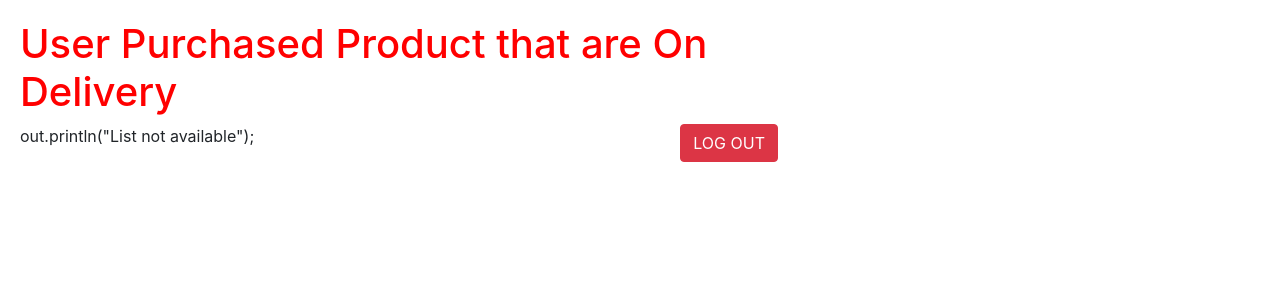
Repository: piyushj81/ComputerShop
Page: http://localhost/computershop/shopproductcontroller
These files come from the project's save history. The page is drawn as it stood at one moment and after the next save; the edit follows.
The browser window is 1280 px wide. The pictures show the whole page.
The page is served by Tomcat 9. Other server files are loaded and not shown. Queries for data that is not in the repository find no rows.

Above is the page before, as saved 2021-10-15 10:09:33.

### computershop/WebContent/usershoppingdetails.jsp
<%@page import="com.shop.dto.Admin"%>
<%@page import="java.sql.DriverManager"%>
<%@page import="java.sql.Connection"%>
<%@page import="java.sql.PreparedStatement"%>
<%@page import="java.sql.ResultSet"%>
<%@page import="com.shop.dto.Customer"%>
<%@page import="com.shop.dto.Cart"%>
<%@page import="java.util.ArrayList"%>
<%@ page language="java" contentType="text/html; charset=ISO-8859-1"
    pageEncoding="ISO-8859-1"%>
<!DOCTYPE html>
<html>
<head>
<meta charset="ISO-8859-1">

<link rel="stylesheet" href="computershop.css">
<link rel="stylesheet"
	href="https://cdnjs.cloudflare.com/ajax/libs/font-awesome/4.7.0/css/font-awesome.min.css">
<link rel="stylesheet"
	href="https://cdn.jsdelivr.net/npm/bootstrap@4.5.3/dist/css/bootstrap.min.css"
	integrity="sha384-TX8t27EcRE3e/ihU7zmQxVncDAy5uIKz4rEkgIXeMed4M0jlfIDPvg6uqKI2xXr2"
	crossorigin="anonymous">
<script src="https://code.jquery.com/jquery-3.5.1.slim.min.js"
	integrity="sha384-DfXdz2htPH0lsSSs5nCTpuj/zy4C+OGpamoFVy38MVBnE+IbbVYUew+OrCXaRkfj"
	crossorigin="anonymous"></script>
<script
	src="https://cdn.jsdelivr.net/npm/bootstrap@4.5.3/dist/js/bootstrap.bundle.min.js"
	integrity="sha384-ho+j7jyWK8fNQe+A12Hb8AhRq26LrZ/JpcUGGOn+Y7RsweNrtN/tE3MoK7ZeZDyx"
	crossorigin="anonymous"></script>

<title>Shopping Details</title>
</head>
<body>
<h1 style="color:red;" >User Purchased Product that are On Delivery</h1>

<a href="LogoutController" ><button class="btn btn-danger" type="button"  style= "float: right; margin-right:2px;"   > LOG OUT</button></a>


<%
ArrayList<Admin> list2 = (ArrayList<Admin>) request.getAttribute("LIST");

		if (!(list2 != null) || !(list2.isEmpty())) {



		%>
			<table style="width:175%;text-align:center; color:yellow;"    class="table table-hover table-dark "   >
	<tr>
		<th>Product ID</th>
		<th>Phone</th>
		<th>Customer Name </th>
		<th>Pic</th>
		<th>Product Name</th>
		<th>Model</th>
		<th>Price</th>
		<th>Address</th>
		<th>City</th>

		<th>State</th>

	</tr>
	<%
	for (Admin a : list2 ) {
	%>

	<tr>

		<td><%=a.getId() %></td>
		<td><%=a.getPhone() %></td>
		<td><%=a.getCname() %></td>
		<td> <img alt="" src="<%=a.getPic() %>" style ="max-height:50%; max-width:70%"> </td>
		<td><%=a.getPname() %></td>
		<td><%=a.getModel() %></td>
		<td><%=a.getPrice()  %></td>
		<td><%=a.getAddress() %></td>
		<td><%=a.getCity() %></td>

		<td><%=a.getState()%></td>

</tr>

<%}	%>

</table>



	<%
}else {  %>
out.println("List not available");





<% }%>


</body>
</html>

### computershop/src/com/computershop/controller/shopproductcontroller.java
package com.computershop.controller;

import java.io.IOException;
import java.util.ArrayList;

import javax.servlet.RequestDispatcher;
import javax.servlet.ServletException;
import javax.servlet.annotation.WebServlet;
import javax.servlet.http.HttpServlet;
import javax.servlet.http.HttpServletRequest;
import javax.servlet.http.HttpServletResponse;

import com.shop.dto.Admin;

import com.shop.modeldao.CustomerModel;
@WebServlet("/shopproductcontroller")
public class shopproductcontroller extends HttpServlet {
	private static final long serialVersionUID = 1L;
	protected void doGet(HttpServletRequest request, HttpServletResponse response) throws ServletException, IOException {
		CustomerModel model = new CustomerModel();

		ArrayList<Admin> list  =	model.getshoppingDetails();
		RequestDispatcher rd = request.getRequestDispatcher("usershoppingdetails.jsp");
			request.setAttribute("LIST", list);
			rd.forward(request, response);


	}

	protected void doPost(HttpServletRequest request, HttpServletResponse response) throws ServletException, IOException {



	}

}

### computershop/src/com/shop/modeldao/CustomerModel.java
package com.shop.modeldao;

import java.sql.Connection;
import java.sql.DriverManager;
import java.sql.PreparedStatement;
import java.sql.ResultSet;
import java.util.ArrayList;

import com.shop.dto.Admin;
import com.shop.dto.Cart;
import com.shop.dto.Customer;
import com.shop.dto.Form;
import com.shop.dto.Product;
import com.shop.dto.Shop;

public class CustomerModel {
	public static Connection createConnection() {
		Connection con = null;

		try {

			Class.forName("com.mysql.jdbc.Driver");
			con = DriverManager.getConnection("jdbc:mysql://localhost:3306/shop", "root", "root");

		} catch (Exception e) {
			e.printStackTrace();

		}

		return con;

	}

	public int checkCustomerlogin(String user, String password) {
		Connection con = null;
		int i = 0;
		try {
			con = createConnection();
			PreparedStatement ps = con.prepareStatement("select * from customerlogin where username=? and password=?");
			ps.setString(1, user);
			ps.setString(2, password);
			ResultSet rs = ps.executeQuery();
			if (rs.next()) {
				i = 1;
			}
		} catch (Exception e) {
			e.printStackTrace();
		}
		return i;

	}

	public int admitCustomer(Customer cst) {
		int i = 0;
		Connection con = null;
		try {
			con = createConnection();
			PreparedStatement ps = con.prepareStatement("insert into customerlogin values(?, ?, ?)");
			ps.setString(1, cst.getPhone());
			ps.setString(2, cst.getName());
			ps.setString(3, cst.getPassword());
			i = ps.executeUpdate();

		} catch (Exception e) {
			e.printStackTrace();

		}

		return i;
	}

	public int checkadminlogin(String adminusername, String pwd) {
		int i = 0;
		Connection con = null;

		try {
			con = createConnection();
			PreparedStatement ps = con
					.prepareStatement("select * from adminlogin where adminusername=? and password=?");
			ps.setString(1, adminusername);
			ps.setString(2, pwd);
			ResultSet rs = ps.executeQuery();
			if (rs.next()) {
				i = 1;
			}
		} catch (Exception e) {
			e.printStackTrace();
		}

		return i;
	}

	public ArrayList<Product> getmouseDetails() {
		ArrayList<Product> list = new ArrayList<Product>();
		try {
			Connection con = createConnection();
			PreparedStatement ps = con.prepareStatement("select * from mouse");
			ResultSet rs = ps.executeQuery();
			while (rs.next()) {
				Product pt = new Product(rs.getString("id"), rs.getString("pname"), rs.getInt("model"),
						rs.getString("price"), rs.getString("pic"));
				list.add(pt);

			}

		} catch (Exception e) {
			e.printStackTrace();
		}

		return list;
	}

	public Product selectdatafrommouseincart(String id, String phone) {
		Product pt = null;
		Connection con = null;

		try {
			con = createConnection();

			PreparedStatement ps = con.prepareStatement("select * from mouse where id=?");
			ps.setString(1, id);

			ResultSet rs = ps.executeQuery();
			if (rs.next()) {
				pt = new Product(rs.getString("id"), rs.getString("pname"), rs.getInt("model"), rs.getString("price"),
						rs.getString("pic"));

			}
		} catch (Exception e) {
			e.printStackTrace();

		}
		return pt;
	}

	public int insertproductdata(Product pt, String id, String phone) {

		int i = 0;
		Connection con = null;
		try {
			con = createConnection();
			PreparedStatement ps = con.prepareStatement("insert into cart values(?,?,?,?,?,?)");
			ps.setString(1, phone);
			ps.setString(2, id);
			ps.setString(3, pt.getPname());
			ps.setInt(4, pt.getModel());
			ps.setString(5, pt.getPrice());
			ps.setString(6, pt.getPic());
			i = ps.executeUpdate();

		} catch (Exception e) {
			e.printStackTrace();

		}

		return i;
	}

	public ArrayList<Product> getusercartdetail(String phone) {
		Product pt = null;
		ArrayList<Product> list1 = new ArrayList<Product>();
		Connection con = null;
		try {
			con = createConnection();
			PreparedStatement ps = con.prepareStatement("select * from cart where phone=?");
			ps.setString(1, phone);
			ResultSet rs = ps.executeQuery();
			while (rs.next()) {

				pt = new Product(rs.getString("id"), rs.getString("pname"), rs.getInt("model"), rs.getString("price"),
						rs.getString("pic"));

				list1.add(pt);
			}

		} catch (Exception e) {
			e.printStackTrace();

		}
		return list1;
	}

	public int deleteitem(String id) {
		Connection con = null;
		int i = 0;
		try {
			con = createConnection();
			PreparedStatement ps = con.prepareStatement("delete  from cart where id=?");
			ps.setString(1, id);
			i = ps.executeUpdate();

		} catch (Exception e) {
			e.printStackTrace();
		}
		return i;
	}

	public ArrayList<Product> getusercartdetails(String phone) {
		Product pt = null;
		ArrayList<Product> list1 = new ArrayList<Product>();
		Connection con = null;
		try {
			con = createConnection();
			PreparedStatement ps = con.prepareStatement("select * from cart where phone=?");
			ps.setString(1, phone);
			ResultSet rs = ps.executeQuery();
			while (rs.next()) {

				pt = new Product(rs.getString("id"), rs.getString("pname"), rs.getInt("model"), rs.getString("price"),
						rs.getString("pic"));

				list1.add(pt);
			}

		} catch (Exception e) {
			e.printStackTrace();

		}
		return list1;
	}

	public ArrayList<Product> getmotherboardDetails() {
		ArrayList<Product> list = new ArrayList<Product>();
		try {
			Connection con = createConnection();
			PreparedStatement ps = con.prepareStatement("select * from motherboard");
			ResultSet rs = ps.executeQuery();
			while (rs.next()) {
				Product pt = new Product(rs.getString("id"), rs.getString("pname"), rs.getInt("model"),
						rs.getString("price"), rs.getString("pic"));
				list.add(pt);

			}

		} catch (Exception e) {
			e.printStackTrace();
		}

		return list;
	}

	public Product selectdatafrommotherboardincart(String id, String phone) {
		Product pt = null;
		Connection con = null;

		try {
			con = createConnection();

			PreparedStatement ps = con.prepareStatement("select * from motherboard where id=?");
			ps.setString(1, id);

			ResultSet rs = ps.executeQuery();
			if (rs.next()) {
				pt = new Product(rs.getString("id"), rs.getString("pname"), rs.getInt("model"), rs.getString("price"),
						rs.getString("pic"));

			}
		} catch (Exception e) {
			e.printStackTrace();

		}
		return pt;
	}

	public ArrayList<Product> getcpuDetails() {
		ArrayList<Product> list = new ArrayList<Product>();
		try {
			Connection con = createConnection();
			PreparedStatement ps = con.prepareStatement("select * from cpu");
			ResultSet rs = ps.executeQuery();
			while (rs.next()) {
				Product pt = new Product(rs.getString("id"), rs.getString("pname"), rs.getInt("model"),
						rs.getString("price"), rs.getString("pic"));
				list.add(pt);

			}

		} catch (Exception e) {
			e.printStackTrace();
		}

		return list;
	}

	public Product selectdatafromcpuincart(String id, String phone) {
		Product pt = null;
		Connection con = null;

		try {
			con = createConnection();

			PreparedStatement ps = con.prepareStatement("select * from cpu where id=?");
			ps.setString(1, id);

			ResultSet rs = ps.executeQuery();
			if (rs.next()) {
				pt = new Product(rs.getString("id"), rs.getString("pname"), rs.getInt("model"), rs.getString("price"),
						rs.getString("pic"));

			}
		} catch (Exception e) {
			e.printStackTrace();

		}
		return pt;
	}

	public ArrayList<Product> getmonitorDetails() {
		ArrayList<Product> list = new ArrayList<Product>();
		try {
			Connection con = createConnection();
			PreparedStatement ps = con.prepareStatement("select * from monitor");
			ResultSet rs = ps.executeQuery();
			while (rs.next()) {
				Product pt = new Product(rs.getString("id"), rs.getString("pname"), rs.getInt("model"),
						rs.getString("price"), rs.getString("pic"));
				list.add(pt);

			}

		} catch (Exception e) {
			e.printStackTrace();
		}

		return list;
	}

	public Product selectdatafrommonitorincart(String id, String phone) {
		Product pt = null;
		Connection con = null;

		try {
			con = createConnection();

			PreparedStatement ps = con.prepareStatement("select * from monitor where id=?");
			ps.setString(1, id);

			ResultSet rs = ps.executeQuery();
			if (rs.next()) {
				pt = new Product(rs.getString("id"), rs.getString("pname"), rs.getInt("model"), rs.getString("price"),
						rs.getString("pic"));

			}
		} catch (Exception e) {
			e.printStackTrace();

		}
		return pt;


	}

	public ArrayList<Product> getfanDetails() {
		ArrayList<Product> list = new ArrayList<Product>();
		try {
			Connection con = createConnection();
			PreparedStatement ps = con.prepareStatement("select * from fan");
			ResultSet rs = ps.executeQuery();
			while (rs.next()) {
				Product pt = new Product(rs.getString("id"), rs.getString("pname"), rs.getInt("model"),
						rs.getString("price"), rs.getString("pic"));
				list.add(pt);

			}

		} catch (Exception e) {
			e.printStackTrace();
		}

		return list;
	}

	public Product selectdatafromfanincart(String id, String phone) {
		Product pt = null;
		Connection con = null;

		try {
			con = createConnection();

			PreparedStatement ps = con.prepareStatement("select * from fan where id=?");
			ps.setString(1, id);

			ResultSet rs = ps.executeQuery();
			if (rs.next()) {
				pt = new Product(rs.getString("id"), rs.getString("pname"), rs.getInt("model"), rs.getString("price"),
						rs.getString("pic"));

			}
		} catch (Exception e) {
			e.printStackTrace();

		}
		return pt;




	}

	public ArrayList<Product> getramDetails() {
		ArrayList<Product> list = new ArrayList<Product>();
		try {
			Connection con = createConnection();
			PreparedStatement ps = con.prepareStatement("select * from ram");
			ResultSet rs = ps.executeQuery();
			while (rs.next()) {
				Product pt = new Product(rs.getString("id"), rs.getString("pname"), rs.getInt("model"),
						rs.getString("price"), rs.getString("pic"));
				list.add(pt);

			}

		} catch (Exception e) {
			e.printStackTrace();
		}

		return list;
	}

	public Product selectdatafromramincart(String id, String phone) {
		Product pt = null;
		Connection con = null;

		try {
			con = createConnection();

			PreparedStatement ps = con.prepareStatement("select * from ram where id=?");
			ps.setString(1, id);

			ResultSet rs = ps.executeQuery();
			if (rs.next()) {
				pt = new Product(rs.getString("id"), rs.getString("pname"), rs.getInt("model"), rs.getString("price"),
						rs.getString("pic"));

			}
		} catch (Exception e) {
			e.printStackTrace();

		}
		return pt;





			}

	public ArrayList<Product> getkeyboardDetails() {
		ArrayList<Product> list = new ArrayList<Product>();
		try {
			Connection con = createConnection();
			PreparedStatement ps = con.prepareStatement("select * from keyboard");
			ResultSet rs = ps.executeQuery();
			while (rs.next()) {
				Product pt = new Product(rs.getString("id"), rs.getString("pname"), rs.getInt("model"),
						rs.getString("price"), rs.getString("pic"));
				list.add(pt);

			}

		} catch (Exception e) {
			e.printStackTrace();
		}

		return list;
	}

	public Product selectdatafromkeyboardincart(String id, String phone) {
		Product pt = null;
		Connection con = null;

		try {
			con = createConnection();

			PreparedStatement ps = con.prepareStatement("select * from keyboard where id=?");
			ps.setString(1, id);

			ResultSet rs = ps.executeQuery();
			if (rs.next()) {
				pt = new Product(rs.getString("id"), rs.getString("pname"), rs.getInt("model"), rs.getString("price"),
						rs.getString("pic"));

			}
		} catch (Exception e) {
			e.printStackTrace();

		}
		return pt;

	}

	public ArrayList<Cart> showcartitemtoadmin() {

	 ArrayList<Cart> list2 = new ArrayList<Cart>();
	 try {
	  Connection con = createConnection();

	 PreparedStatement ps = con.prepareStatement("select * from cart");

	 ResultSet rs = ps.executeQuery();
		while (rs.next()) {
			Cart ct = new Cart(rs.getString("phone"),rs.getString("id"), rs.getString("pname"),rs.getInt("model"), rs.getString("price"),rs.getString("pic"));
			list2.add(ct);
		}
	 }catch(Exception e){
			e.printStackTrace();

		}


	return list2;

	}

	public int insertshoppingDetails(String id, String cname,Shop s) {
		int i=0;
		Connection con = null;
		try {
			con = createConnection();
			PreparedStatement ps =	con.prepareStatement("insert into shopping values(?,?,?,?,?,?,?,?,?,?,?)");
			ps.setString(1, id);
			ps.setString(2, s.getPhone());
			ps.setString(3, cname);
			ps.setString(4, s.getPic());
			ps.setString(5, s.getPname());
			ps.setInt(6, s.getModel());

			ps.setString(7, s.getPrice());
			ps.setString(8, null);
			ps.setString(9, null);
			ps.setString(10,null);

			ps.setString(11,null);

			i = ps.executeUpdate();

		} catch (Exception e) {
			e.printStackTrace();

	}
		return i;
	}

	public Shop selectshoppingDetailsfromcarttable(String id,String cname) {
		 Shop s = null;
		 Connection con = null;

		try {
			   con = createConnection();

			 PreparedStatement ps = con.prepareStatement("select * from cart where id=?");
			ps.setString(1, id);
			 ResultSet rs = ps.executeQuery();
				while (rs.next()) {
					s  = new Shop(rs.getString("id"),rs.getString("phone"), rs.getString("pname"),rs.getInt("model"), rs.getString("price"),rs.getString("pic"));

				}



			 }catch(Exception e){
					e.printStackTrace();

				}

			return s;
				}

	public int updatedetailsinshopping(Form f) {

		int i = 0;
		Connection con = null;
		try {
			con = createConnection();
			PreparedStatement ps = con.prepareStatement("update shopping set address=?, city=?,pincode=? ,state=?  where phone=?");
			ps.setString(1, f.getAddress());

			ps.setString(2, f.getCity());
			ps.setString(3, f.getPincode());
			ps.setString(4, f.getState());
			ps.setString(5, f.getPhone());
			i = ps.executeUpdate();





		} catch (Exception e) {
			e.printStackTrace();

		}
		return i;
	}

	public ArrayList<Admin> getshoppingDetails() {

		ArrayList<Admin> list = new ArrayList<Admin>();
		Connection con = null;

		try {
			con = createConnection();
			PreparedStatement ps = con.prepareStatement("select * from shopping");

			ResultSet rs = ps.executeQuery();

			while(rs.next())	{
				Admin a = new Admin(rs.getString("id"),rs.getString("phone"),rs.getString("cname"),rs.getString("pic"),rs.getString("pname"),rs.getInt("model"),rs.getString("price"),rs.getString("address"),rs.getString("city"),rs.getString("pincode"),rs.getString("state"));
				list.add(a);

			}
		}catch (Exception e) {

			e.printStackTrace();

		}


		return list;
}

}

### computershop/WebContent/computershop.css
.left{
    margin: -21px auto;
    margin-left: -20px;
    padding: 9px;
    background-color: black;
    width: 178%;
}
.left a{
    text-decoration: none;
    color: white;
}
.left a:hover{
    background-color: red;
    text-decoration: none;
    color: white;
}
.left button{
    width: 9%;
}
.left button:hover{
    background-color: yellow;


}
.leftright{
    float: right;
}
.mid{
    text-decoration: none;
    height: 99px;
    background-color:black;
    display: block;
    width: 178%;
    margin: 22px auto;
    margin-left: -20px;
    top:20px;
    padding: 20px;
}
.right{
    position: absolute;

    right: 60px;
    top: 42%;
    display: inline-block;
    padding: 23px;
    width: 85%;
    height: 50%;
}
.navbar{
display: inline-block;
}
.navbar li{
    display: inline-block;
    font-size: 17px;

}
.navbar li a{
color:white;
text-decoration: none;
padding: 27px;
}
.navbar li a:hover{
    background-color:red;
    text-decoration: none;
    width:70px;
    }

.peripheral{
    color:red;

    width: 167%;

}
.image {
    height: 120%;
     width: 100%;


    }
.image a:hover{
    text-decoration: none;
    background-color: yellow;
    width:150%;
    color: tomato;
}

#myho:hover{
    height: 150px;
    width: 150px;

}

.footer{
    position: absolute;
background-color:  black;
margin-left: -20px;
bottom: -230px;
  width: 100%;
  height: 40%;
  padding: 10px;
}

.footerleft li{
    list-style-type: none;
}
.footerright li{
    list-style-type: none;
}

.footerleft li a{
    text-decoration: none;
    color: white;

}
.footerleft li a:hover{
background-color: red;
text-decoration: none;

}
.footerright li a{
    text-decoration: none;
    color: white;

}
.footerright li a:hover{
    background-color: red;
text-decoration: none;

}
.fa {
    padding: 10px;
    font-size: 70px;
    width: 72px;
    text-align: center;
    text-decoration: none;
    border-radius: 70%;
    background-color: #ffffff ;
}
.fa:hover{
    text-decoration: none;
    background-color: skyblue;

}


  body {
    font-family: Arial;
    margin: 0 auto; /* Center website */
    max-width: 800px; /* Max width */
    padding: 20px;
  }

  .heading {
    font-size: 25px;
    margin-right: 25px;
  }

  .fa {
    font-size: 100px;
  }

  .checked:hover {
      background-color: white;
    color: orange;
  }

   .pics{


    padding: 40px;
    width: 127%;
    margin-left: 300px;

  }
  .pics a{
    -webkit-font-smoothing: auto;
    text-decoration: none;
    color: black;

}
.pics a:hover{
    background-color: red;
    text-decoration: none;
    }
    .centrediv{

        margin-top: -2700px;
    }
    @import url('https://fonts.googleapis.com/css?family=Raleway:100,200,300,400,500,600,700,800,900&display=swap');
html,body {
    font-family: 'Raleway', sans-serif;
}
.thankyou-page ._header {
    background: #fee028;
    padding: 100px 30px;
    text-align: center;
    background: #fee028 url(https://codexcourier.com/images/main_page.jpg) center/cover no-repeat;
}
.thankyou-page ._header .logo {
    max-width: 200px;
    margin: 0 auto 50px;
}
.thankyou-page ._header .logo img {
    width: 100%;
}
.thankyou-page ._header h1 {
    font-size: 65px;
    font-weight: 800;
    color: white;
    margin: 0;
}
.thankyou-page ._body {
    margin: -70px 0 30px;
}
.thankyou-page ._body ._box {
    margin: auto;
    max-width: 80%;
    padding: 50px;
    background: white;
    border-radius: 3px;
    box-shadow: 0 0 35px rgba(10, 10, 10,0.12);
    -moz-box-shadow: 0 0 35px rgba(10, 10, 10,0.12);
    -webkit-box-shadow: 0 0 35px rgba(10, 10, 10,0.12);
}
.thankyou-page ._body ._box h2 {
    font-size: 32px;
    font-weight: 600;
    color: #4ab74a;
}
.thankyou-page ._footer {
    text-align: center;
    padding: 50px 30px;
}

.thankyou-page ._footer .btn {
    background: #4ab74a;
    color: white;
    border: 0;
    font-size: 14px;
    font-weight: 600;
    border-radius: 0;
    letter-spacing: 0.8px;
    padding: 20px 33px;
    text-transform: uppercase;
}

After the next save:
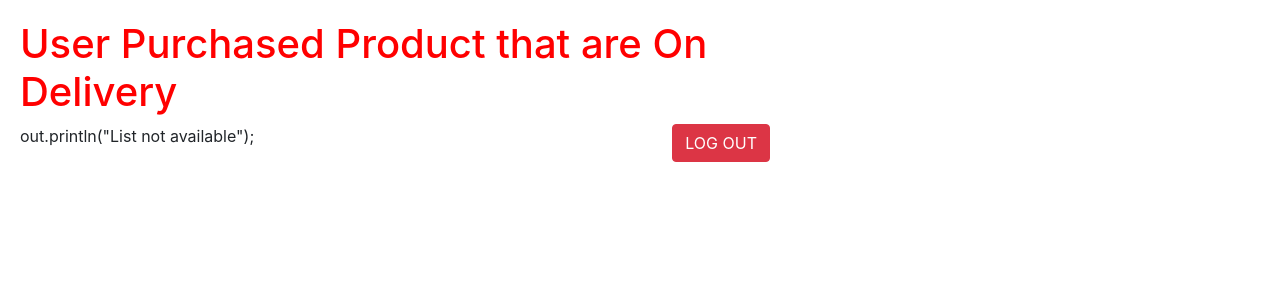
Saved 10 s later.
--- a/computershop/WebContent/usershoppingdetails.jsp
+++ b/computershop/WebContent/usershoppingdetails.jsp
@@ -33,7 +33,7 @@
 <body>
 <h1 style="color:red;" >User Purchased Product that are On Delivery</h1>
 
-<a href="LogoutController" ><button class="btn btn-danger" type="button"  style= "float: right; margin-right:2px;"   > LOG OUT</button></a>
+<a href="LogoutController" ><button class="btn btn-danger" type="button"  style= "float: right; margin-right:10px;"   > LOG OUT</button></a>
 
 
 <%
